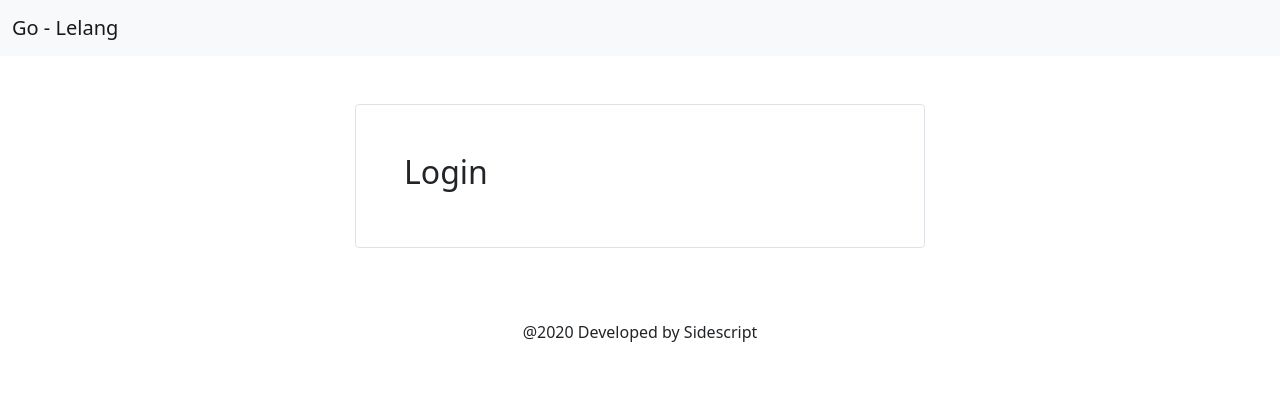
Repository: khulqu15/Go---Lelalng
Page: http://localhost/login
An editor plug-in stored every save of this project. The page is shown before and after a run of saves, followed by the edit.
The browser window is 1280 px wide. The pictures show the whole page.
The page is served by the project's Laravel application, run on PHP 8.4 with Laravel 8.

Above is the page before, as saved 2021-02-22 15:50:46.

After the next 2 saves:
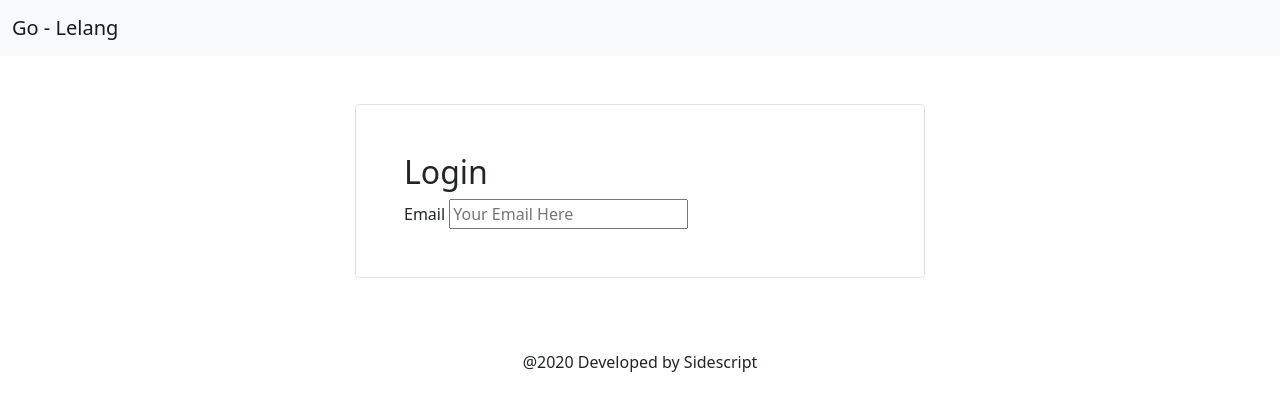
The 2 saves are shown as one change because they came seconds apart.
The last was saved 60 s later.
--- a/resources/views/auth/login.blade.php
+++ b/resources/views/auth/login.blade.php
@@ -7,6 +7,10 @@
     <div class="row">
         <div class="col-md-6 offset-md-3 border rounded p-5">
             <h2>Login</h2>
+            <div class="form-group">
+                <label for="email">Email</label>
+                <input type="email" placeholder="Your Email Here">
+            </div>
         </div>
     </div>
 </div>
